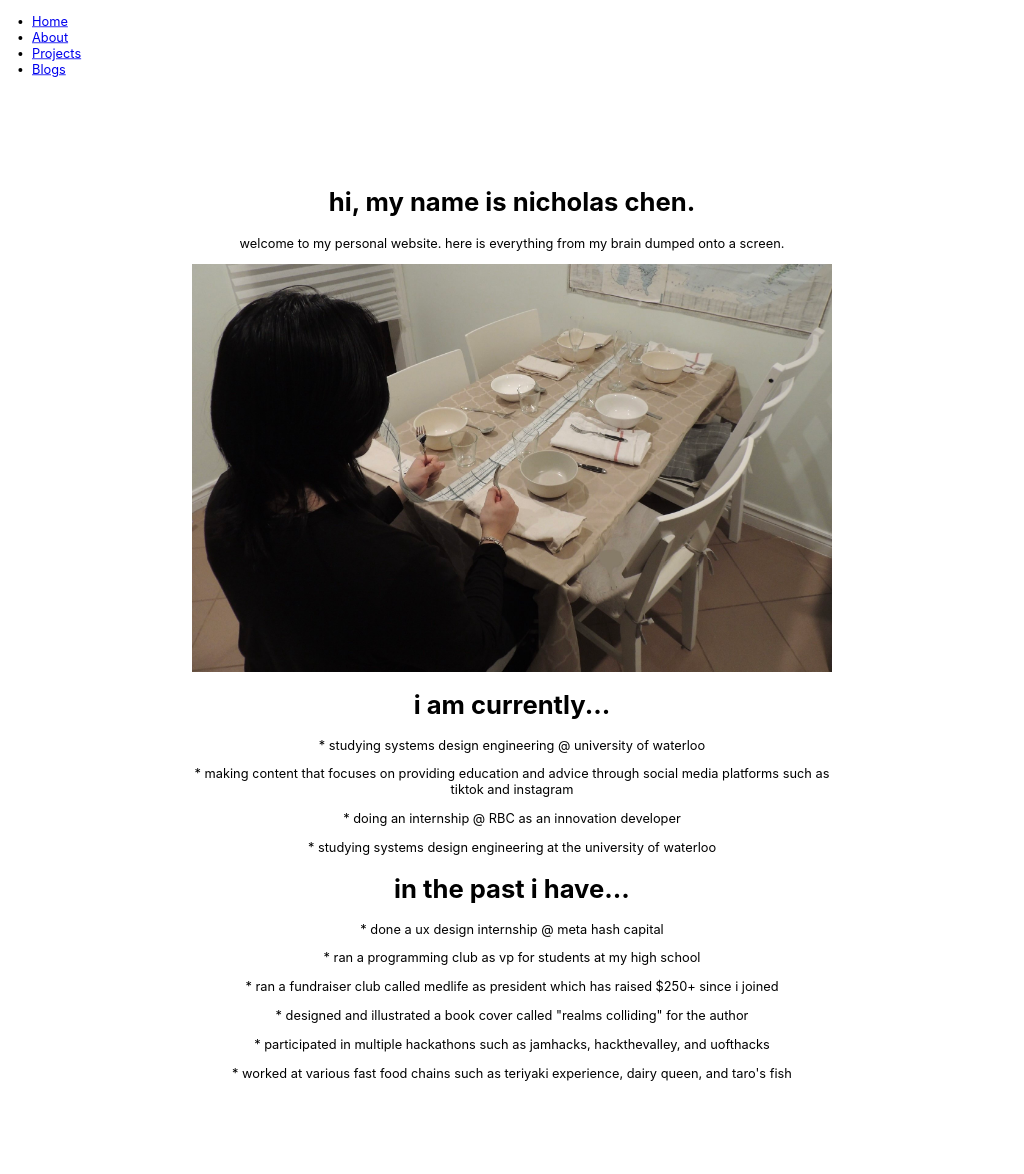
Repository: nicholaschen09/personalWebsite
Page: /
An editor plug-in stored every save of this project. The page is shown before and after the next save, followed by the edit.
The browser window is 1280 px wide. The pictures show the whole page, at 80% of full size.
The project was rebuilt for these pictures with package versions that can differ from the ones it lists, and the page was loaded fresh each time. Also part of the build but not shown: src/components/About.css, src/components/About.js, src/components/Projects.css, src/components/Projects.js, src/components/Blog.css, src/components/Blog.js, src/components/Miscellaneous.css, src/components/Miscellaneous.js and 4 more.

Above is the page before, as saved 2024-05-23 13:46:25.

After the next save:
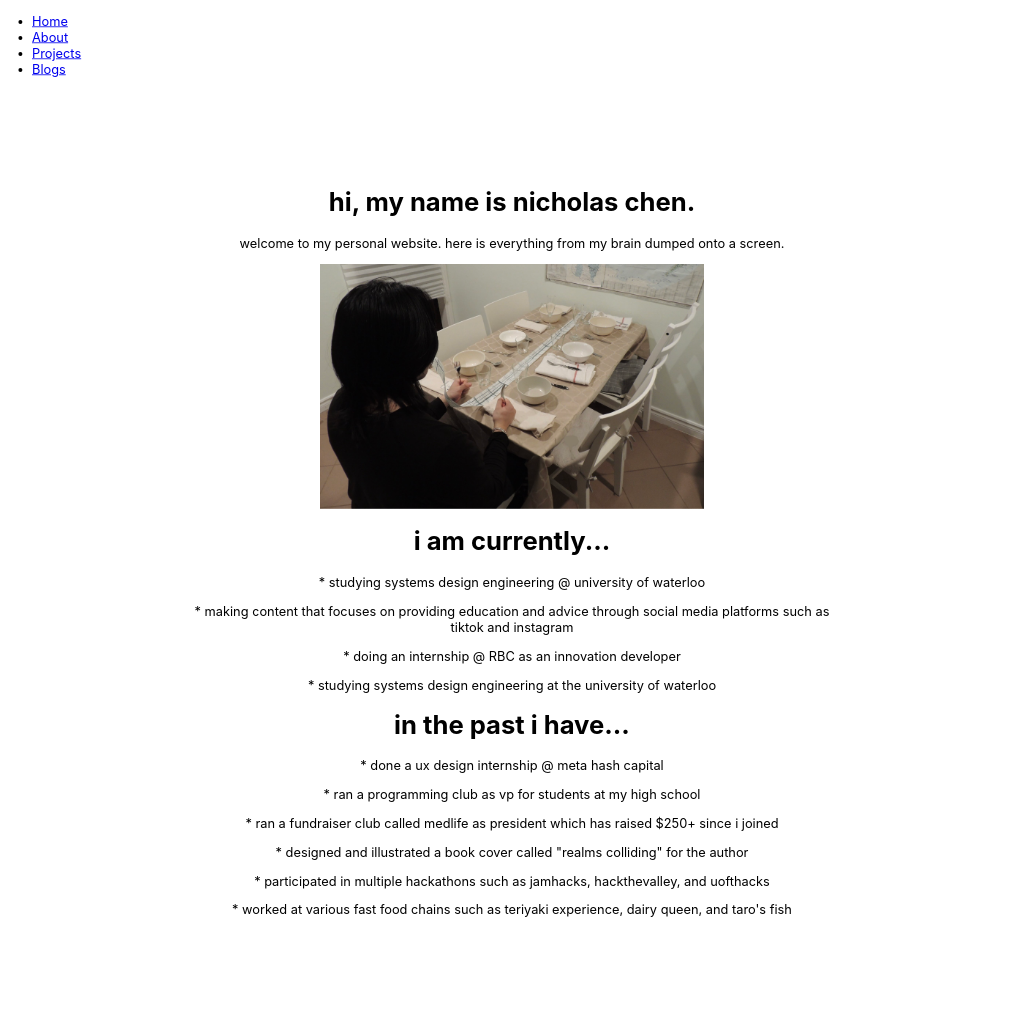
Saved 13 s later.
--- a/src/components/Home.css
+++ b/src/components/Home.css
@@ -7,8 +7,8 @@
     margin-right: auto;
 }
 .DinnerImage {
-    width: 100%;
-    height: 100%;
+    width: 60%;
+    height: 60%;
     margin-left: auto;
     margin-right: auto;
     display: block;
